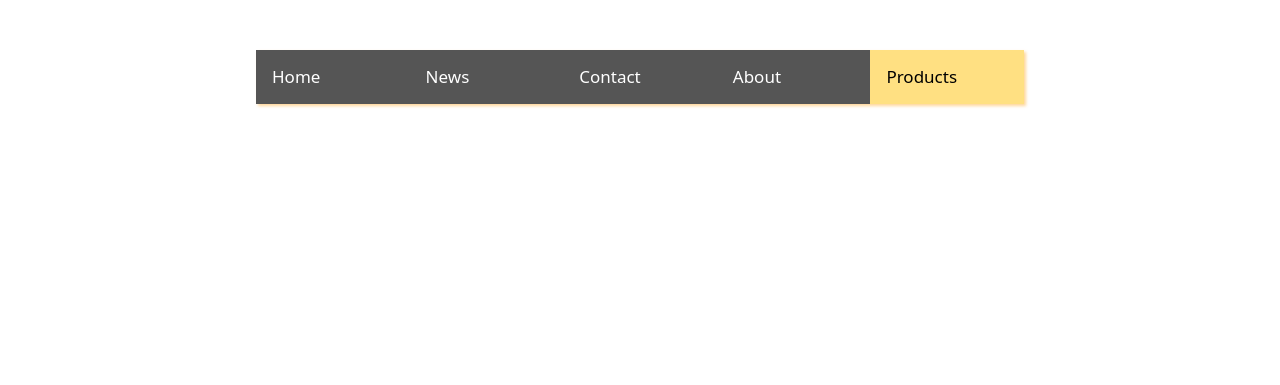
Repository: JasonMorta/basicPlus-rouets
Page: /products
These files come from the project's save history. The page is drawn as it stood at one moment and after the next save; the edit follows.
The browser window is 1280 px wide. The pictures show the whole page.
Some web fonts or font styles are not loaded; a fallback is used. The project was rebuilt for these pictures with package versions that can differ from the ones it lists, and the page was loaded fresh each time. Also part of the build but not shown: src/pages/Home.jsx, src/pages/news.css, src/pages/News.jsx, src/pages/About.jsx, src/pages/Hooks/UseRefHook.jsx, src/pages/Contact.jsx, src/pages/List.jsx, src/pages/ProductPreview.jsx.

Above is the page before, as saved 2023-04-01 18:52:52.

### src/index.js
import React from 'react';
import ReactDOM from 'react-dom/client';
import './index.css';
import 'bootstrap/dist/css/bootstrap.min.css';
import App from './App';

// import { BrowserRouter } from 'react-router-dom'
import reportWebVitals from './reportWebVitals';

const root = ReactDOM.createRoot(document.getElementById('root'));
root.render(

  <React.StrictMode>
    <App />
  </React.StrictMode>

);

// If you want to start measuring performance in your app, pass a function
// to log results (for example: reportWebVitals(console.log))
// or send to an analytics endpoint. Learn more: https://bit.ly/CRA-vitals
reportWebVitals();

### src/App.jsx

import './App.css';
import { BrowserRouter, Routes, Route } from 'react-router-dom';
import React, { Component, createContext, useState } from 'react'
import Nav from './components/Nav';
import Home from './pages/Home';
import News from './pages/News';
import About from './pages/About';
import Contact from './pages/Contact';
import List from './pages/List';
import Products from './pages/Products';
import ProductPreview from './pages/ProductPreview';

//create context hook
//This hook allow any nested children to share and alter data with the use of props.
export const StateContext = createContext()

export default function App() {

  const [state, setState] = useState("#f44336");

  return (
    <BrowserRouter>
      <StateContext.Provider value={[state, setState]} className="App">
        <div className="routes">
          <Nav />
          <Routes>
            <Route exact path="/" component={<Home />} />
            <Route path="/List" component={<List />} />
            <Route path="/Contact" component={<Contact />} />
            <Route path="/About" component={<About />} />
            <Route path="/products" component={<Products />}>
            <Route path=":id" component={<ProductPreview />}/>
            </Route>
            <Route path="/news" component={<News />} />
          </Routes>
        </div>
        <div className="orig-link"></div>
      </StateContext.Provider>
    </BrowserRouter>
  );
}

### src/App.css
@import url('https://fonts.googleapis.com/css2?family=Assistant:wght@400;500&family=Barlow:wght@400;500&family=DM+Mono:wght@300;400;500&family=Handlee&family=IBM+Plex+Mono:wght@400;500&family=Inconsolata:wght@400;500&family=Kanit:wght@200;300;400;500&family=Karla:wght@300;400;500&family=Patrick+Hand&family=Raleway:wght@300;400;500&family=Red+Hat+Mono:wght@300;400;500&family=Roboto+Condensed:wght@300;400;700&family=Roboto+Mono:wght@300;400;500&family=Roboto+Slab:wght@300;400;500&family=Roboto:wght@300;400&family=Source+Code+Pro:wght@300;400;500&family=Space+Mono:wght@400;700&family=Titillium+Web:wght@200;300;400;600&family=Ubuntu+Mono:wght@400;700&family=Varela&family=Varela+Round&display=swap');

/*
Custom Fonts
========
font-family: 'Assistant', sans-serif;
font-family: 'Barlow', sans-serif;
font-family: 'DM Mono', monospace;
font-family: 'Handlee', cursive;
font-family: 'IBM Plex Mono', monospace;
font-family: 'Inconsolata', monospace;
font-family: 'Kanit', sans-serif;
font-family: 'Karla', sans-serif;
font-family: 'Patrick Hand', cursive;
font-family: 'Raleway', sans-serif;
font-family: 'Red Hat Mono', monospace;
font-family: 'Roboto', sans-serif;
font-family: 'Roboto Condensed', sans-serif;
font-family: 'Roboto Mono', monospace;
font-family: 'Roboto Slab', serif;
font-family: 'Source Code Pro', monospace;
font-family: 'Space Mono', monospace;
font-family: 'Titillium Web', sans-serif;
font-family: 'Ubuntu Mono', monospace;
font-family: 'Varela', sans-serif;
font-family: 'Varela Round', sans-serif;

*/

.App {
  text-align: center;
  background-color: #282c34;
  min-height: 100vh;
  display: flex;
  flex-direction: column;
  flex-wrap: nowrap;
  align-items: center;
  font-family: 'Roboto Condensed', sans-serif;

}

.orig-link a {
  text-decoration: none;
  color: #ff9800;
}
.orig-link {
  margin: 1.25rem;
}


.App-header {
  background-color: #282c34;
  min-width: 18.75rem;
  display: flex;

  flex-direction: row;
  justify-content: center;
  font-size: calc(0.625rem + 2vmin);
  color: white;
  align-items: flex-start;
  width: 100%;
}


/* Style tab links */
.tablink {
  background-color: #555;
  color: #ffc107;
  float: left;
  border: none;
  outline: none;
  cursor: pointer;
  padding: 0.875rem 1rem;
  font-size: 1.0625rem;
  width: 25%;
  text-decoration: none;
}

.tablink:hover {
  background-color: #777;
}

/* Style the tab content (and add height:100% for full page content) */
.tabcontent {
  color: white;
  padding: 6.25rem 0rem;
  width: 100%;
  height: 100%;
  min-width: 18.75rem;

}

.inner-content {
  padding: 0rem 3.125rem;
  display: flex;
  flex-direction: column;
  align-items: center;
  gap: 20px;
}

.inner-content h3{
  font-size: xx-large;
  margin: 0;
}

.routes{
  display: flex;
  flex-direction: column;
  align-items: center;
  width: 60vw;
  margin: auto;
  background-color: azure;
  margin-top: 3.125rem;
  box-shadow: 0.125rem 0.125rem 0.1875rem 0rem #ff980066;
}

### src/components/Nav.jsx
import React from "react";
import { Link, useLocation } from "react-router-dom";

export default function Nav() {
  const location = useLocation();
  console.log('NAV location', location)


   //set the default state color to red which is equal to home page color.
  const [state, setState] = React.useState({
    home: "#f44336",
    news: "#4caf50",
    contact: "#2196f3",
    about: "#ff5722",
    active: "",
    location : window.location.pathname
  });
  const [color, setColor] = React.useState("white")


   function handleNavToNews(params) {

    setState(prev => ({...prev, active:"#4caf50", location: "/News" }))
    location.pathname = "/News"
    console.log('currentPath = Path"', location.pathname)



  }

 // Set the tab color to even when a nested link pathname is entered
  return (
    <header className="App-header">
      {/* Home will be the default/home page */}
      <Link
        to="/"
        className="tablink"
        onClick={() => setState(prev => ({...prev, active:"#f44336", location: "/" }))}
        style={{
          backgroundColor: state.location === "/" ? "#f44336" : "",
          color: state.home === "#f44336" ? color: "#ffc107"}}>
        Home
      </Link>

      <Link
        to="/News"
        className="tablink"
        onClick={handleNavToNews}
        style={{
          backgroundColor: state.location === "/News" ? "#4caf50" : "",
          color: state.news === "#4caf50" ? color: "#ffc107" }}>
        News
      </Link>

      <Link
        to="/Contact"
        className="tablink"
        onClick={() => setState(prev => ({...prev, active:"#2196f3", location: "/Contact" }))}
        style={{
          backgroundColor: state.location === "/Contact" ? "#2196f3" : "",
          color: state.contact === "#2196f3" ? color: "#ffc107" }}>
        Contact
      </Link>

      <Link
        to="/About"
        className="tablink"
        onClick={() => setState(prev => ({...prev, active:"#ff5722", location: "/About" }))}
        style={{
          backgroundColor: state.location === "/About" ? "#ff5722": "",
          color: state.about === "#ff5722" ? color: "#ffc107" }}>
        About
      </Link>

      <Link
        to="/products"
        className="tablink"
        onClick={() => setState(prev => ({...prev, active:"#FFE082", location: "/products" }))}
        style={{
          backgroundColor: state.location === "/products" ? "#FFE082": "",
          color: state.about === "#FFE082" ? color: "black" }}>
        Products
      </Link>
    </header>
  );
}

### src/pages/Products.jsx
import React, { useEffect, useRef } from 'react'
import Button from 'react-bootstrap/Button';
import Card from 'react-bootstrap/Card';
import { useNavigate } from 'react-router-dom';
import { useLocation, useParams } from 'react-router-dom';
import {products} from "../AllProducts"
import ProductPreview from './ProductPreview';


export default function Products(props) {



  const cardRef = useRef(null)

  const navigate = useNavigate()
  const location = useLocation()
  // const { id, title } = props.location.state
  console.log('props.location.state', location)




//scroll to selected name on homepage
  // useEffect(() => {

  //   if (location.pathname) {

  //     window.scrollTo({
  //       top: cardRef.current.offsetTop,
  //       behavior: "smooth",
  //     });
  //   }

  // }, [id]);


  return (
    <div style={{ backgroundColor: "#FFE082" }} className="tabcontent">
      <div className="inner-content">
        <h3>Products</h3>


      </div>
    </div>
  );
}

### src/AllProducts.js
export const products = [
    {
        "id": 1,
        "title": "iPhone 9",
        "description": "An apple mobile which is nothing like apple",
        "price": 549,
        "discountPercentage": 12.96,
        "rating": 4.69,
        "stock": 94,
        "brand": "Apple",
        "category": "smartphones",
        "thumbnail": "https://i.dummyjson.com/data/products/1/thumbnail.jpg",
        "images": [
            "https://i.dummyjson.com/data/products/1/1.jpg",
            "https://i.dummyjson.com/data/products/1/2.jpg",
            "https://i.dummyjson.com/data/products/1/3.jpg",
            "https://i.dummyjson.com/data/products/1/4.jpg",
            "https://i.dummyjson.com/data/products/1/thumbnail.jpg"
        ]
    },
    {
        "id": 2,
        "title": "iPhone X",
        "description": "SIM-Free, Model A19211 6.5-inch Super Retina HD display with OLED technology A12 Bionic chip with ...",
        "price": 899,
        "discountPercentage": 17.94,
        "rating": 4.44,
        "stock": 34,
        "brand": "Apple",
        "category": "smartphones",
        "thumbnail": "https://i.dummyjson.com/data/products/2/thumbnail.jpg",
        "images": [
            "https://i.dummyjson.com/data/products/2/1.jpg",
            "https://i.dummyjson.com/data/products/2/2.jpg",
            "https://i.dummyjson.com/data/products/2/3.jpg",
            "https://i.dummyjson.com/data/products/2/thumbnail.jpg"
        ]
    },
    {
        "id": 3,
        "title": "Samsung Universe 9",
        "description": "Samsung's new variant which goes beyond Galaxy to the Universe",
        "price": 1249,
        "discountPercentage": 15.46,
        "rating": 4.09,
        "stock": 36,
        "brand": "Samsung",
        "category": "smartphones",
        "thumbnail": "https://i.dummyjson.com/data/products/3/thumbnail.jpg",
        "images": [
            "https://i.dummyjson.com/data/products/3/1.jpg"
        ]
    },
    {
        "id": 4,
        "title": "OPPOF19",
        "description": "OPPO F19 is officially announced on April 2021.",
        "price": 280,
        "discountPercentage": 17.91,
        "rating": 4.3,
        "stock": 123,
        "brand": "OPPO",
        "category": "smartphones",
        "thumbnail": "https://i.dummyjson.com/data/products/4/thumbnail.jpg",
        "images": [
            "https://i.dummyjson.com/data/products/4/1.jpg",
            "https://i.dummyjson.com/data/products/4/2.jpg",
            "https://i.dummyjson.com/data/products/4/3.jpg",
            "https://i.dummyjson.com/data/products/4/4.jpg",
            "https://i.dummyjson.com/data/products/4/thumbnail.jpg"
        ]
    },
    {
        "id": 5,
        "title": "Huawei P30",
        "description": "Huawei’s re-badged P30 Pro New Edition was officially unveiled yesterday in Germany and now the device has made its way to the UK.",
        "price": 499,
        "discountPercentage": 10.58,
        "rating": 4.09,
        "stock": 32,
        "brand": "Huawei",
        "category": "smartphones",
        "thumbnail": "https://i.dummyjson.com/data/products/5/thumbnail.jpg",
        "images": [
            "https://i.dummyjson.com/data/products/5/1.jpg",
            "https://i.dummyjson.com/data/products/5/2.jpg",
            "https://i.dummyjson.com/data/products/5/3.jpg"
        ]
    }
  ]

Loaded but not shown: public/index.html (common file); src/index.css (common file); src/reportWebVitals.js (common file)

After the next save:
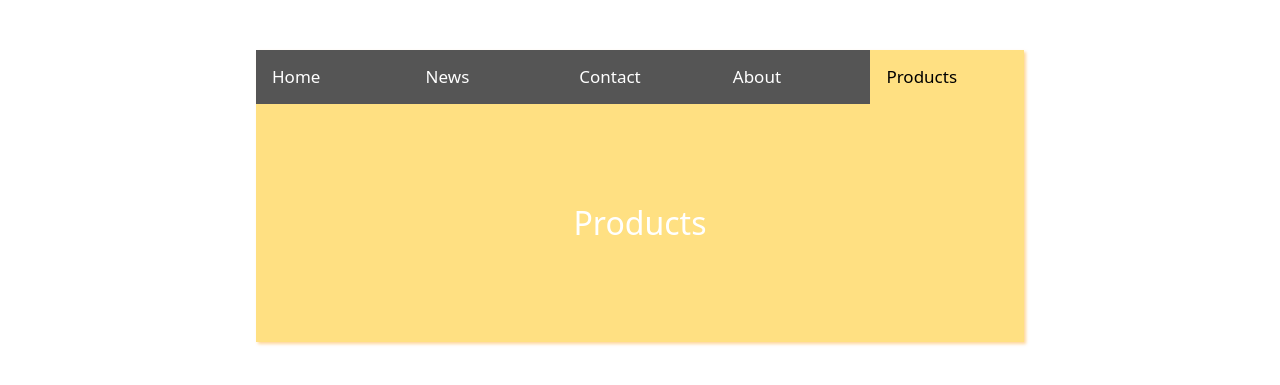
Saved 1 s later.
--- a/src/App.jsx
+++ b/src/App.jsx
@@ -25,14 +25,14 @@
         <div className="routes">
           <Nav />
           <Routes>
-            <Route exact path="/" component={<Home />} />
-            <Route path="/List" component={<List />} />
-            <Route path="/Contact" component={<Contact />} />
-            <Route path="/About" component={<About />} />
-            <Route path="/products" component={<Products />}>
-            <Route path=":id" component={<ProductPreview />}/>
+            <Route index path="/" element={<Home />} />
+            <Route path="/List" element={<List />} />
+            <Route path="/Contact" element={<Contact />} />
+            <Route path="/About" element={<About />} />
+            <Route path="/products" element={<Products />}>
+            <Route path=":id" element={<ProductPreview />}/>
             </Route>
-            <Route path="/news" component={<News />} />
+            <Route path="/news" element={<News />} />
           </Routes>
         </div>
         <div className="orig-link"></div>
